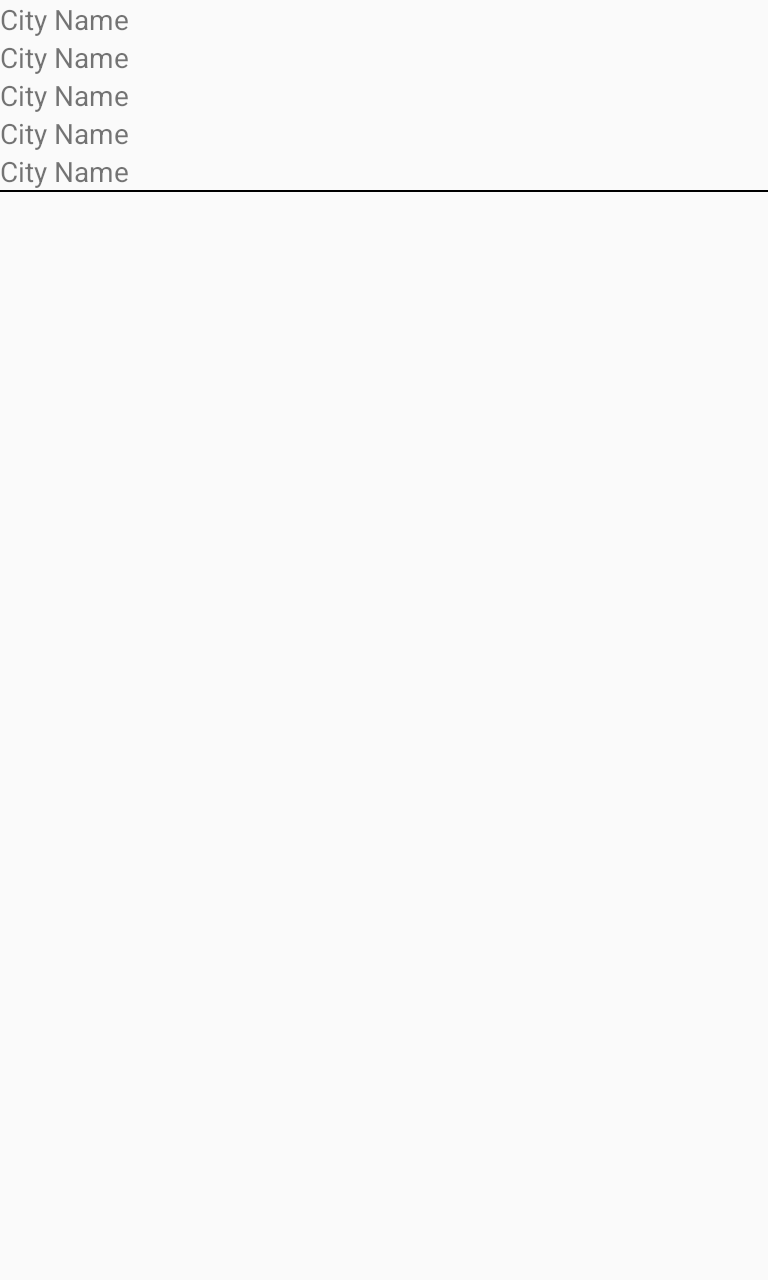
Repository: bhameamit/LeftShiftTask
Layout: LeftShiftTask/LeftShiftTak/res/layout/list_item.xml
These files come from the project's save history. The layout is drawn as it stood at one moment and after a run of saves; the edit follows.
It is drawn on a 768 x 1280 px phone screen (xhdpi) without system bars, with theme AppTheme; the app's code is not run.

Above is the layout before, as saved 2015-02-22 09:36:19.

### LeftShiftTask/LeftShiftTak/res/layout/list_item.xml
<?xml version="1.0" encoding="utf-8"?>
<LinearLayout xmlns:android="http://schemas.android.com/apk/res/android"
    android:layout_width="match_parent"
    android:layout_height="wrap_content"
    android:orientation="vertical" >

    <TextView
        android:id="@+id/date"
        android:layout_width="match_parent"
        android:layout_height="wrap_content"
        android:text="City Name" />

    <TextView
        android:id="@+id/pressure"
        android:layout_width="match_parent"
        android:layout_height="wrap_content"
        android:text="City Name" />

    <TextView
        android:id="@+id/humidty"
        android:layout_width="match_parent"
        android:layout_height="wrap_content"
        android:text="City Name" />

    <TextView
        android:id="@+id/min_temp"
        android:layout_width="match_parent"
        android:layout_height="wrap_content"
        android:text="City Name" />

    <TextView
        android:id="@+id/max_temp"
        android:layout_width="match_parent"
        android:layout_height="wrap_content"
        android:text="City Name" />

    <LinearLayout
        android:layout_width="match_parent"
        android:layout_height="1dp"
        android:orientation="vertical"
        android:background="@android:color/black" >
    </LinearLayout>

</LinearLayout>

Loaded but not shown: LeftShiftTask/LeftShiftTak/res/values/styles.xml (common file); LeftShiftTask/LeftShiftTak/res/values-v11/styles.xml (common file); LeftShiftTask/LeftShiftTak/res/values-v14/styles.xml (common file)

After the next 2 saves:
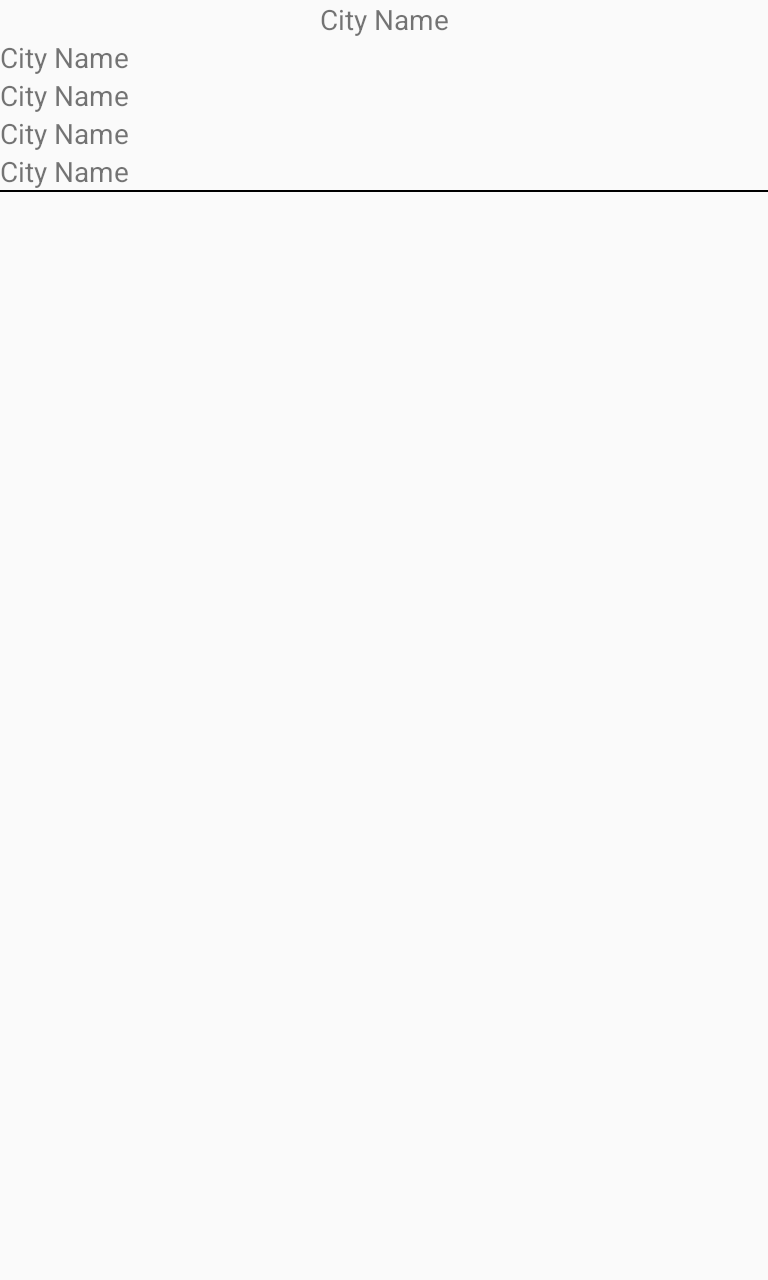
The 2 saves are shown as one change because they came seconds apart.
The last was saved 112 s later.
--- a/LeftShiftTask/LeftShiftTak/res/layout/list_item.xml
+++ b/LeftShiftTask/LeftShiftTak/res/layout/list_item.xml
@@ -8,7 +8,8 @@
         android:id="@+id/date"
         android:layout_width="match_parent"
         android:layout_height="wrap_content"
-        android:text="City Name" />
+        android:text="City Name"
+        android:gravity="center"/>
 
     <TextView
         android:id="@+id/pressure"
